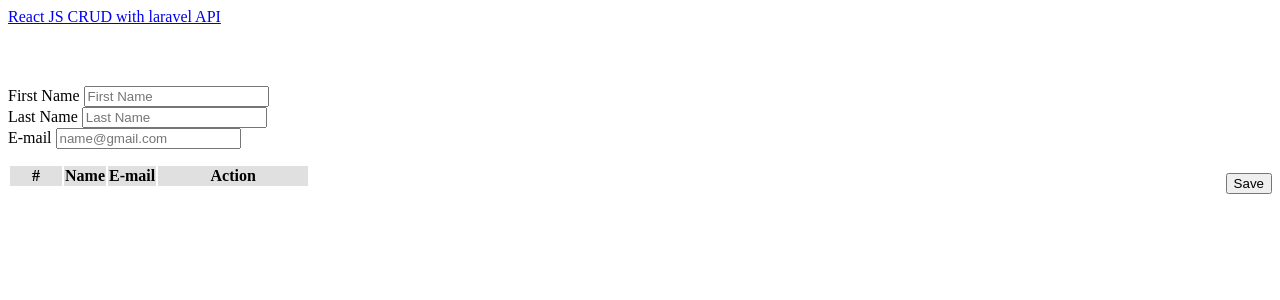
Repository: balkisys/react-js-crud
Page: /
An editor plug-in stored every save of this project. The page is shown before and after the next save, followed by the edit.
The browser window is 1280 px wide. The pictures show the whole page.
The page's requests for data from a server got no answer. The project was rebuilt for these pictures with package versions that can differ from the ones it lists, and the page was loaded fresh each time. No one was signed in, and anything a server would have sent is missing. Also part of the build but not shown: src/components/Customer.js.

Above is the page before, as saved 2020-05-23 14:48:05.

### public/index.html
<!DOCTYPE html>
<html lang="en">
  <head>
    <meta charset="utf-8" />
    <link rel="icon" href="%PUBLIC_URL%/favicon.ico" />
    <meta name="viewport" content="width=device-width, initial-scale=1" />
    <meta name="theme-color" content="#000000" />
    <meta
      name="description"
      content="Web site created using create-react-app"
    />
    <link rel="apple-touch-icon" href="%PUBLIC_URL%/logo192.png" />
    <link rel = "stylesheet" href="https://cdnjs.cloudflare.com/ajax/libs/semantic-ui/2.4.1/semantic.min.js"/>

    <!--
      manifest.json provides metadata used when your web app is installed on a
      user's mobile device or desktop. See https://developers.google.com/web/fundamentals/web-app-manifest/
    -->
    <link rel="manifest" href="%PUBLIC_URL%/manifest.json" />
    <!--
      Notice the use of %PUBLIC_URL% in the tags above.
      It will be replaced with the URL of the `public` folder during the build.
      Only files inside the `public` folder can be referenced from the HTML.

      Unlike "/favicon.ico" or "favicon.ico", "%PUBLIC_URL%/favicon.ico" will
      work correctly both with client-side routing and a non-root public URL.
      Learn how to configure a non-root public URL by running `npm run build`.
    -->
    <title>React App</title>
  </head>
  <body>
    <noscript>You need to enable JavaScript to run this app.</noscript>
    <div id="root"></div>
    <!--
      This HTML file is a template.
      If you open it directly in the browser, you will see an empty page.

      You can add webfonts, meta tags, or analytics to this file.
      The build step will place the bundled scripts into the <body> tag.

      To begin the development, run `npm start` or `yarn start`.
      To create a production bundle, use `npm run build` or `yarn build`.
    -->
  </body>
</html>

### src/index.js
import React from "react";
import ReactDOM from "react-dom";
import App from "./components/App";


ReactDOM.render(<App/>, document.querySelector("#root"));

### src/components/App.js
import React , {Component} from "react" ;
import axios from "axios";
import MyForm from "./MyForm";
import CustomerList from "./CustomerList";
import "./app.css";

class App extends Component {
    state = {

        customers: [],
        url: "http://127.0.0.1:8000/api/customers"
    };
    getCustomers = async () => {
        const customers =  await axios.get(this.state.url);
        this.setState({ customers: customers.data });
    }
    componentDidMount(){
        this.getCustomers();
    }

    render () {
      return (
          <div className="ui fixed inverted menu">
          <div className="ui container">

           <a href="/#" className="header item">
               React JS CRUD with laravel API
               </a>

          </div>
          <div className="ui main container">
           <MyForm/>
           <CustomerList customers={this.state.customers}/>
          </div>
          </div>
      );
    }
}
export default App ;

### src/components/MyForm.js
import React , {Component} from "react" ;


class MyForm extends Component {
   render() {
       return (
      <form className= "ui form">
       <div className="fields">
           <div className="four wide field">
           <label> First Name </label>
           <input type="text" name="first_name" placeholder="First Name" />
           </div>

           <div className="four wide field">
           <label> Last Name </label>
           <input type="text" name="last_name" placeholder="Last Name" />
           </div>

           <div className="four wide field">
           <label> E-mail </label>
           <input type="email" name="email" placeholder="name@gmail.com" />
           </div>

           <div className="four wide field">
           <button  className="ui primary button submit-button"> Save</button>
           </div>

       </div>
      </form>
       );
   }


}
export default MyForm ;

### src/components/CustomerList.js
import React, {Component} from "react";
import Customer from "./Customer";

class CustomerList extends Component {
    render() {
        const customers = this.props.customers;
        return (
          <div className="data">
              <table className="ui celled table">
                <thead>
                     <tr>
                         <th style={{ width: '50px' , textAlign: "center"}}>#</th>
                         <th>Name</th>
                         <th>E-mail</th>
                         <th style={{ width: "148px"}}>Action </th>
                     </tr>
                    </thead>

                    <tbody>
                        {customers.map(customer=>{
                              return <Customer customer={customer} key={customer.id} />;

                            })
                        }

                    </tbody>
              </table>

          </div>
        );
    }
}

export default CustomerList;

### src/components/app.css
.main.container{
    margin-top: 60px;
}
.submit-button{
    margin-top: 24px !important;
    float: right;
}

.data{
    margin-top: 15px;
}

thead tr th {
     background: #e0e0e0 !important;
}

After the next save:
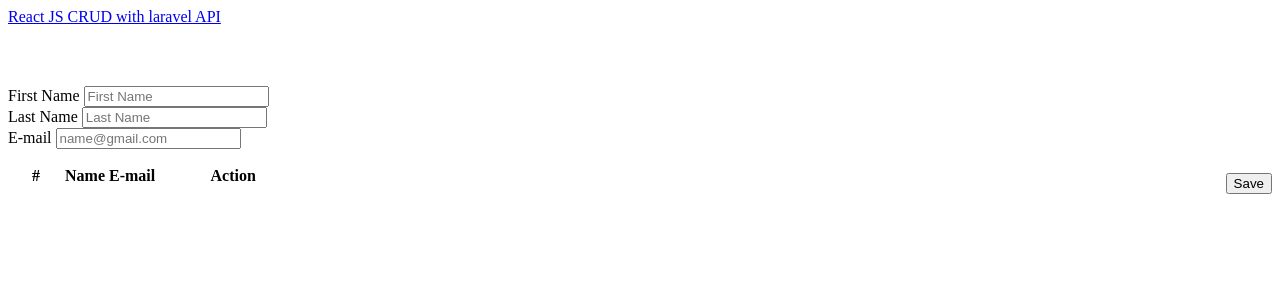
Saved 16 s later.
--- a/src/components/app.css
+++ b/src/components/app.css
@@ -10,6 +10,6 @@
     margin-top: 15px;
 }
 
-thead tr th {
+thead.tr.th {
      background: #e0e0e0 !important;
 }

After the save that followed:
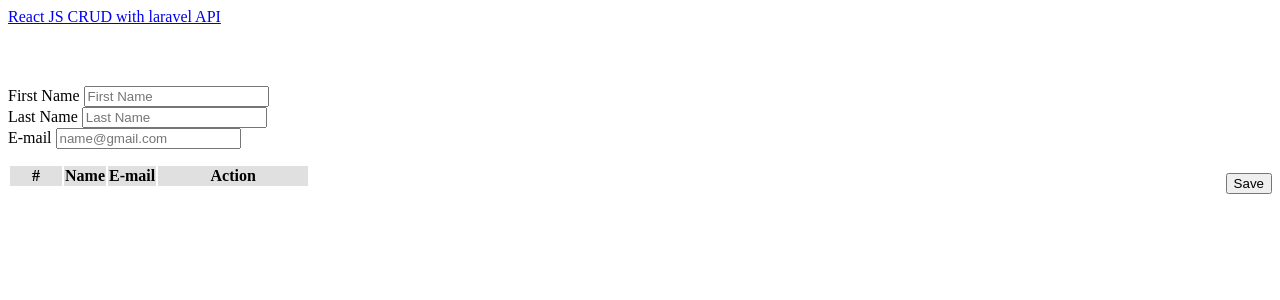
Saved 16 s later.
--- a/src/components/app.css
+++ b/src/components/app.css
@@ -10,6 +10,6 @@
     margin-top: 15px;
 }
 
-thead.tr.th {
+thead tr th {
      background: #e0e0e0 !important;
 }
